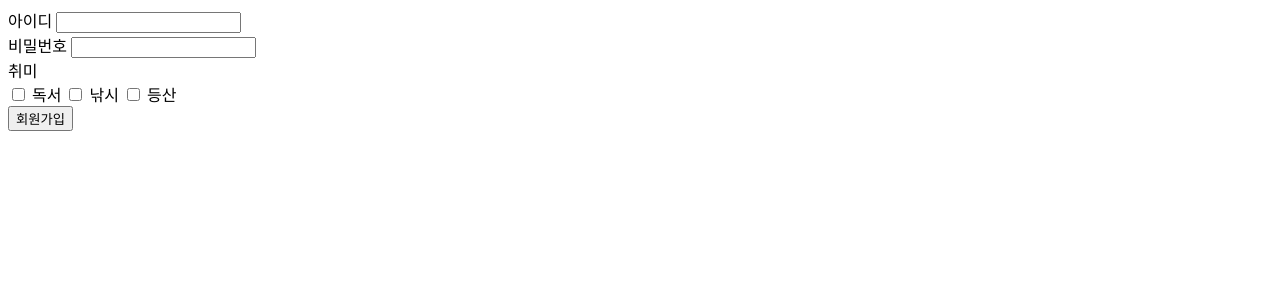
Repository: jeonjin8640/intellij
Page: http://localhost/servlet04/register.jsp
An editor plug-in stored every save of this project. The page is shown before and after the next save, followed by the edit.
The browser window is 1280 px wide. The pictures show the whole page.
The page is served by Tomcat 9.

Above is the page before, as saved 2024-01-05 00:26:12.

### source/servlet04/src/main/webapp/register.jsp
<%@ page language="java" contentType="text/html; charset=UTF-8"
    pageEncoding="UTF-8"%>
<!DOCTYPE html>
<html>
<head>
<meta charset="UTF-8">
<title>회원가입 페이지</title>
</head>
<body>
	<form method="post" action="/servlet04/register">
		<label>아이디</label>
		<input type="text" name="userid"><br />
		<label>비밀번호</label>
		<input type="text" name="passwd"><br />
		<label>취미</label><br />
		<input type="checkbox" name="hobby" value="독서"> 독서
		<input type="checkbox" name="hobby" value="낚시"> 낚시
		<input type="checkbox" name="hobby" value="등산"> 등산
		<br />

		<input type="submit" value="회원가입" />
	</form>
</body>
</html>

### source/servlet04/src/main/webapp/css/style.css
@charset "UTF-8";

*{
	margin:0;
	padding:0;
	box-sizing:border-box;
}

After the next save:
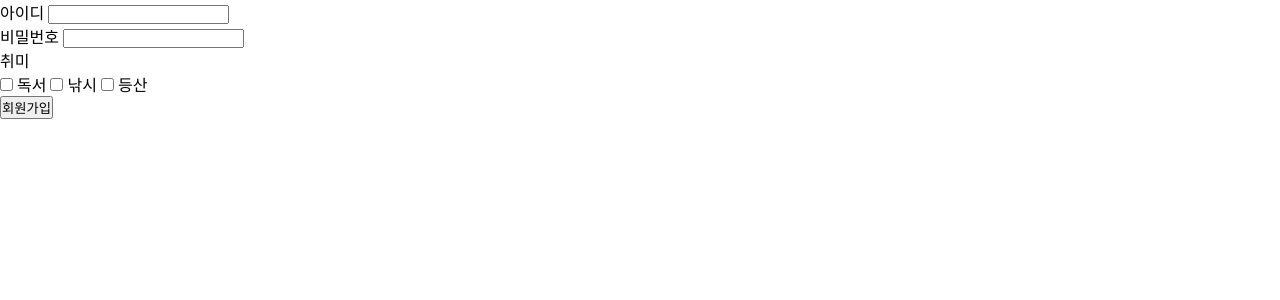
Saved 38 s later.
--- a/source/servlet04/src/main/webapp/register.jsp
+++ b/source/servlet04/src/main/webapp/register.jsp
@@ -5,6 +5,7 @@
 <head>
 <meta charset="UTF-8">
 <title>회원가입 페이지</title>
+<link href="css/style.css" rel="stylesheet" />
 </head>
 <body>
 	<form method="post" action="/servlet04/register">
